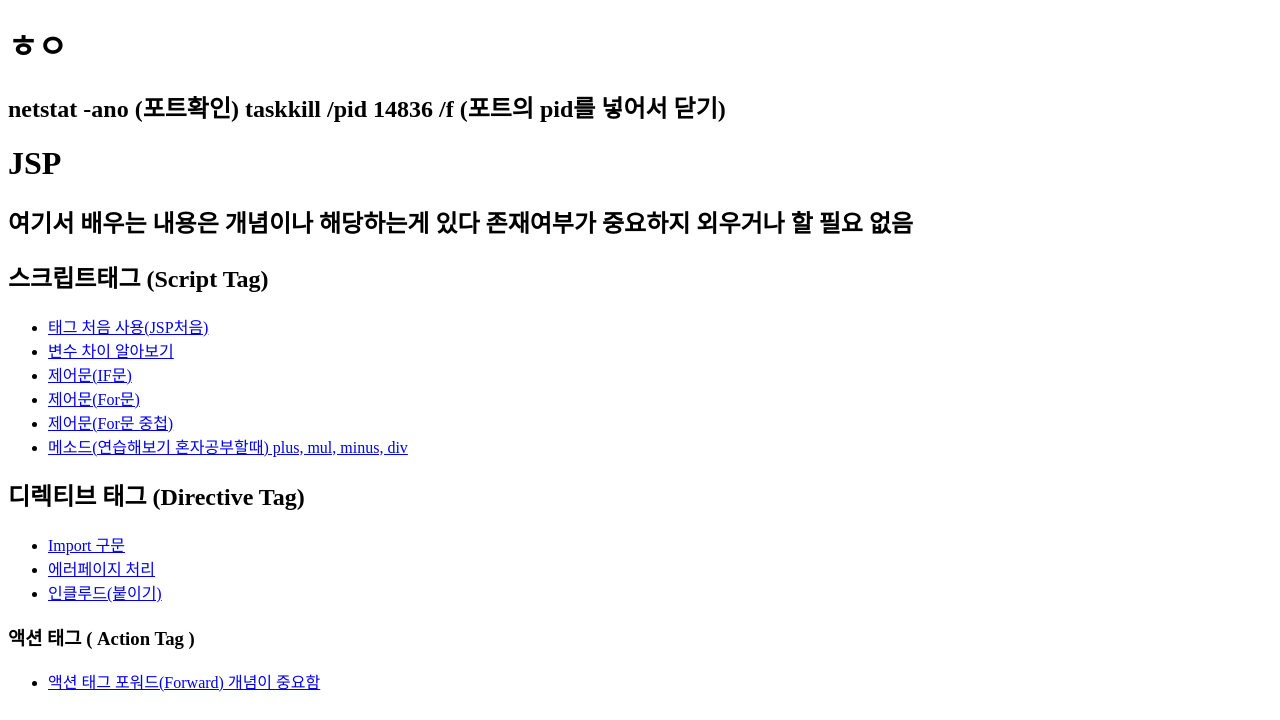
Repository: Kimgigon123123/JspServlet
Page: http://localhost/03.Tag/
These files come from the project's save history. The page is drawn as it stood at one moment and after the next save; the edit follows.
The browser window is 1280 px wide. The pictures show the whole page.
The page is served by Tomcat 9. Other server files are loaded and not shown.

Above is the page before, as saved 2023-05-19 03:37:44.

### WorkSpace/03.Tag/src/main/webapp/index.html
<!DOCTYPE html>
<html>
<head>
<meta charset="UTF-8">
<title>Insert title here</title>
</head>
<body>
	 <h1>ㅎㅇ</h1>
	 <h2>netstat -ano (포트확인)
	taskkill /pid 14836 /f (포트의 pid를 넣어서 닫기)</h2>

	 <h1> JSP </h1>
	 <h2> 여기서 배우는 내용은 개념이나 해당하는게 있다 존재여부가 중요하지 외우거나 할 필요 없음</h2>
	 <h2> 스크립트태그 (Script Tag)</h2>

	 <ul>
	 	<li><a href="01.Script/Ex00into.jsp">태그 처음 사용(JSP처음)</a></li>
	 	<li><a href="01.Script/Ex01Var.jsp">변수 차이 알아보기</a></li>
	 	<li><a href="01.Script/Ex02If.jsp">제어문(IF문)</a></li>
	 	<li><a href="01.Script/Ex03For.jsp">제어문(For문)</a></li>
	 	<li><a href="01.Script/Ex04For.jsp">제어문(For문 중첩)</a></li>
	 	<li><a href="01.Script/Ex05Method.jsp">메소드(연습해보기 혼자공부할때)
	 	plus, mul, minus, div </a></li>
	 </ul>


	 <h2> 디렉티브 태그 (Directive Tag)</h2>
	 <ul>
	 	<li><a href="02.Directive/Ex01_Directive.jsp">Import 구문</a></li>
	 	<li><a href="02.Directive/Ex02_ErrorMain.jsp">에러페이지 처리</a></li>
	 	<li><a href="02.Directive/Ex03_IncludeMain.jsp">인클루드(붙이기)</a></li>
	 </ul>


	 <h3> 액션 태그 ( Action Tag )</h3>
	<ul>
		<li><a href="03.Action/Ex01_Forward.jsp">액션 태그 포워드(Forward) 개념이 중요함</a></li>
	</ul>




</body>
</html>

After the next save:
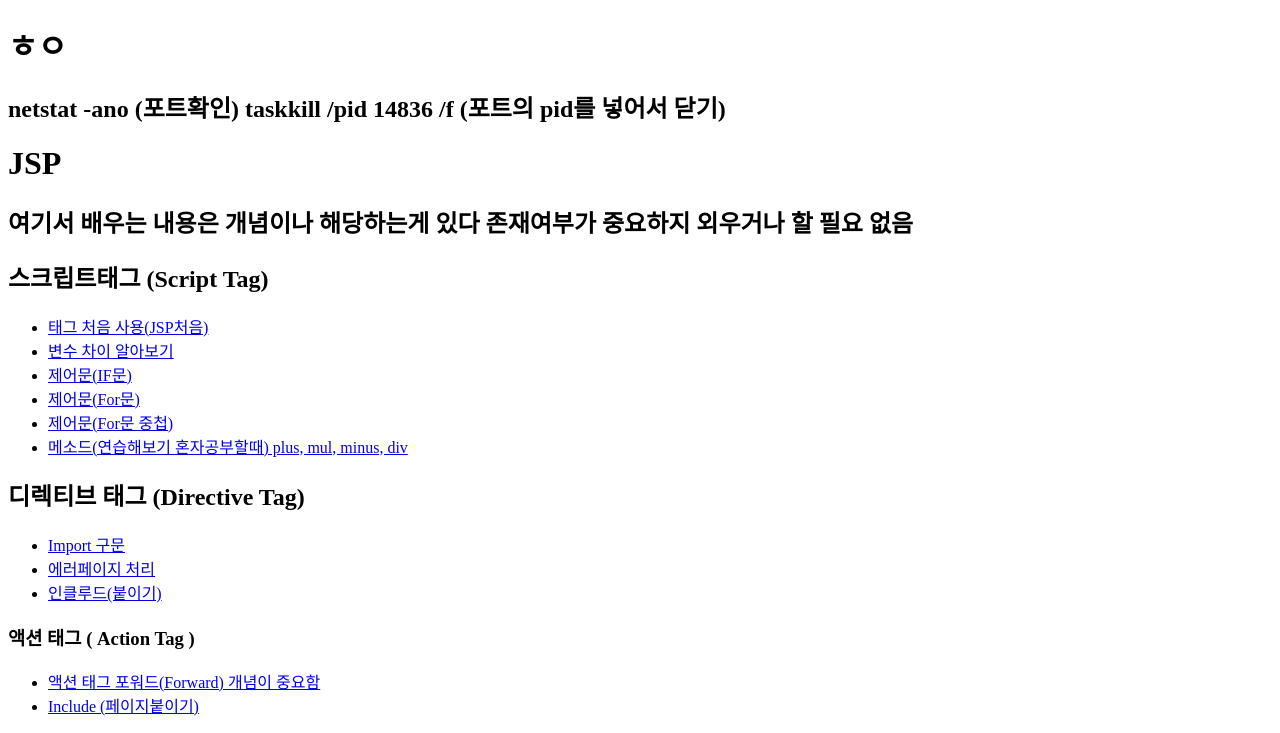
Saved 51 s later.
--- a/WorkSpace/03.Tag/src/main/webapp/index.html
+++ b/WorkSpace/03.Tag/src/main/webapp/index.html
@@ -35,6 +35,7 @@
 	 <h3> 액션 태그 ( Action Tag )</h3>
 	<ul>
 		<li><a href="03.Action/Ex01_Forward.jsp">액션 태그 포워드(Forward) 개념이 중요함</a></li>
+		<li><a href="03.Action/Ex02_IncludeMain.jsp">Include (페이지붙이기)</a></li>
 	</ul>
 
 
